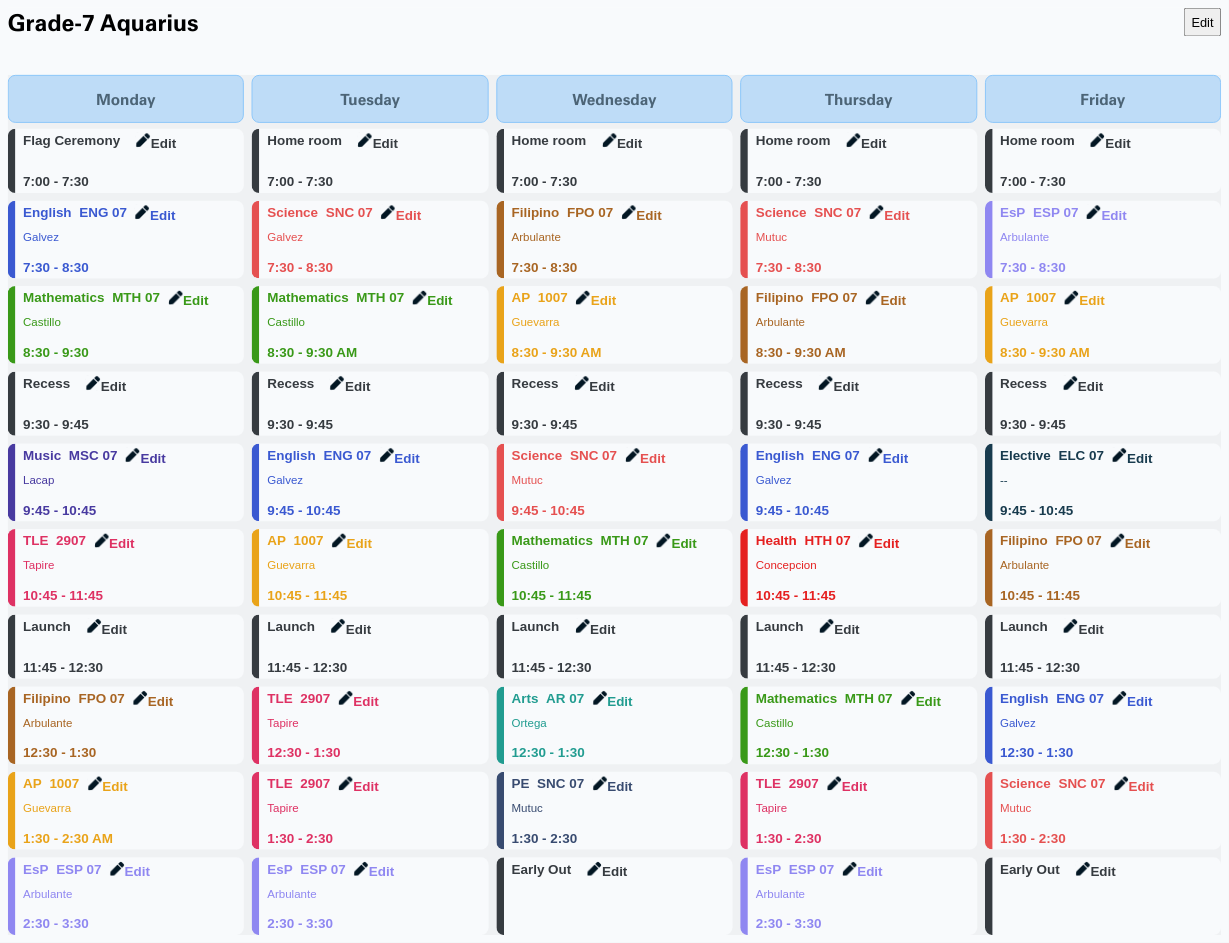
Repository: kentdrlo/prototype
Page: timetable.html
An editor plug-in stored every save of this project. The page is shown before and after the next save, followed by the edit.
The browser window is 1280 px wide. The pictures show the whole page, at 96% of full size.
An inner scrolling area shows only its first screen.

Above is the page before, as saved 2025-05-29 09:28:41.

After the next save:
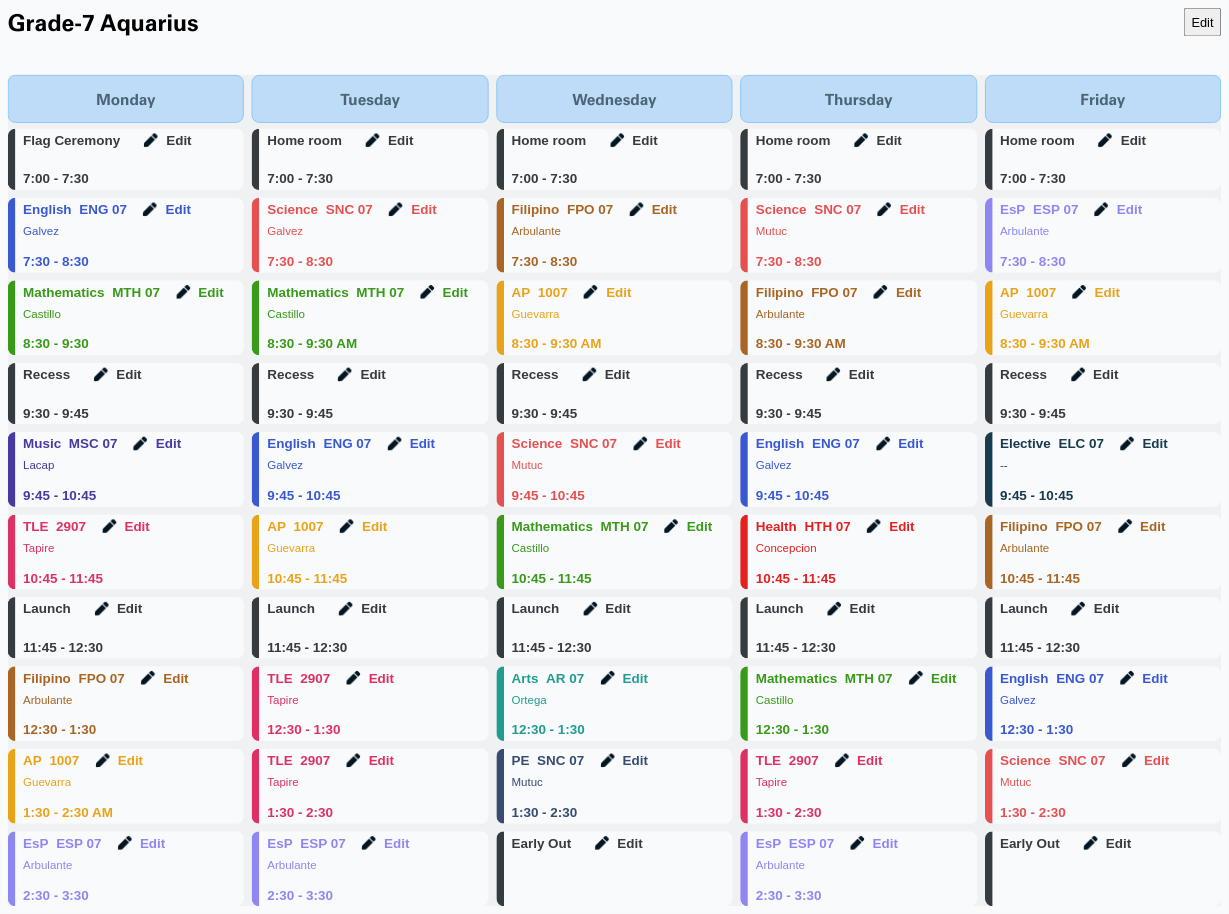
Saved 3 s later.
--- a/schedule.js
+++ b/schedule.js
@@ -378,7 +378,7 @@ function appendDetails() {
 
   details.forEach((detail) => {
     topBox.innerHTML +=
-      `  <div
+      ` <div
             class="card"
             style="
               border-left: 8px solid #` +
@@ -390,14 +390,17 @@ function appendDetails() {
             "
           >
             <div class="subject-teacher-wrapper">
-              <div class="subject-detail-wrapper">
-                <div class="subject-name">` +
+              <div class="subject-main-wrapper">
+                <div class="subject-detail-wrapper">
+                  <div class="subject-name">` +
       detail.subject +
       `</div>
-                <div class="subject-code">` +
+                  <div class="subject-code">` +
       detail.code +
       `</div>
-                <div class="edit"><img src="src/assets/icons/edit.svg" >Edit</div>
+                  <div class="edit"></div>
+                  <img src="src/assets/icons/edit.svg" />Edit
+                </div>
               </div>
               <div class="teacher-name">` +
       detail.name +
